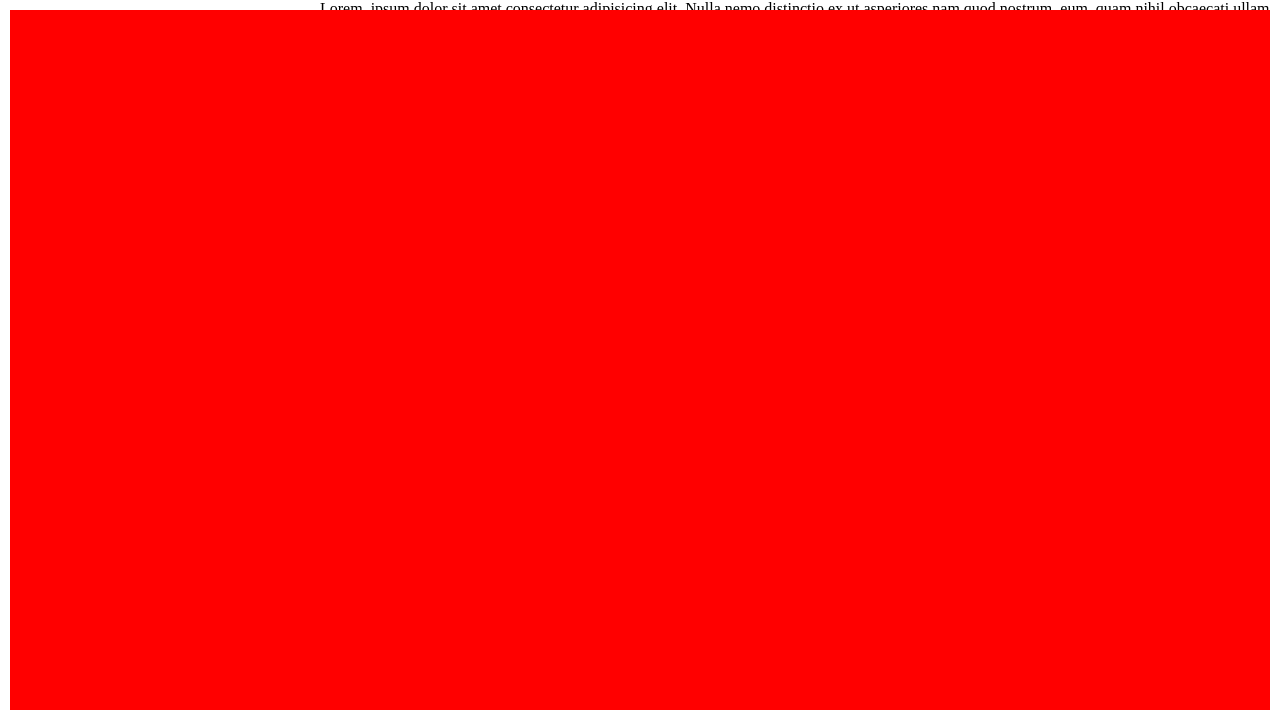
Repository: danilodscosta/CursoHTML
Page: aula1/aulascss.html
The author's editor kept a copy of each file at every save. The page is drawn from the files as they stood at one save, then again after the next save.
The browser window is 1280 px wide. The pictures show the whole page.

Above is the page before, as saved 2024-01-11 15:49:21.

After the next save:
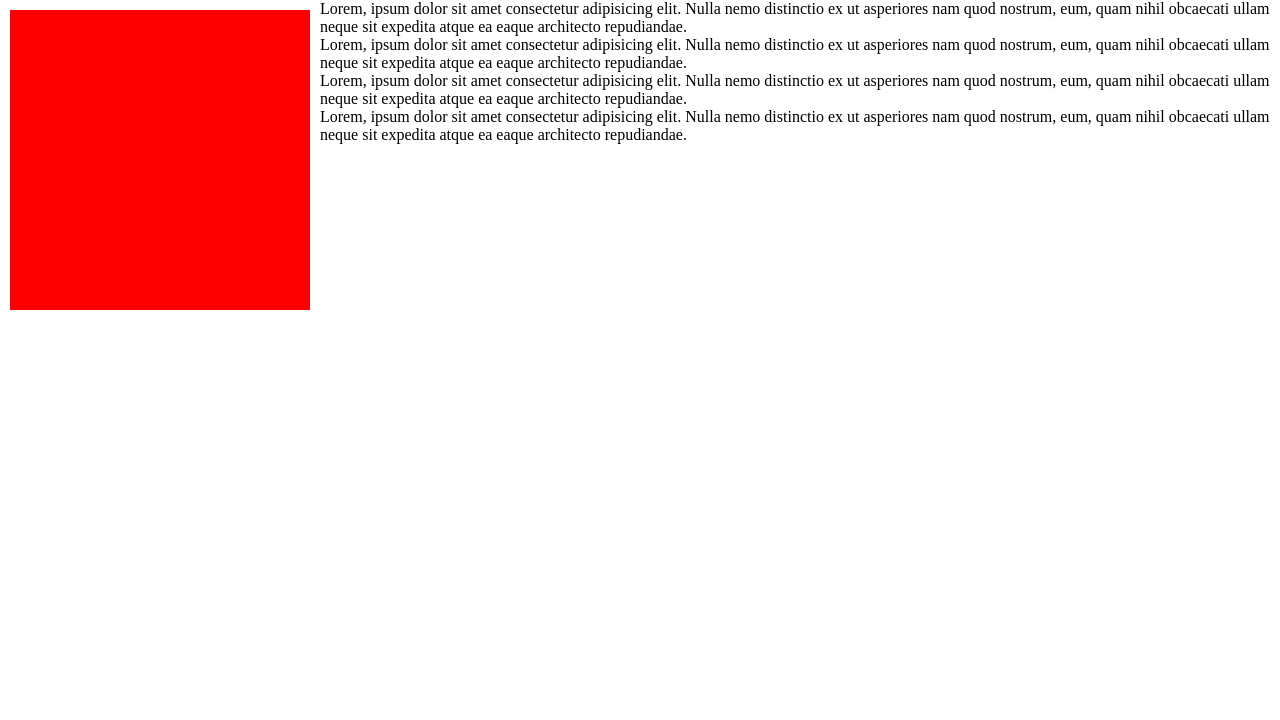
Saved 24 min 32 s later.
--- a/aula1/assets/css/aulasstyle.css
+++ b/aula1/assets/css/aulasstyle.css
@@ -18,12 +18,6 @@ ID Classes, atributos e pseudo-classes  Elementos e pseudo-elementos
 
 .filha1 {
     position: absolute;
-    width: auto;
-    height: auto;
-    top: 0;
-    right: 0;
-    left: 0;
-    bottom: 0;
 }
 
 .filha2 {
